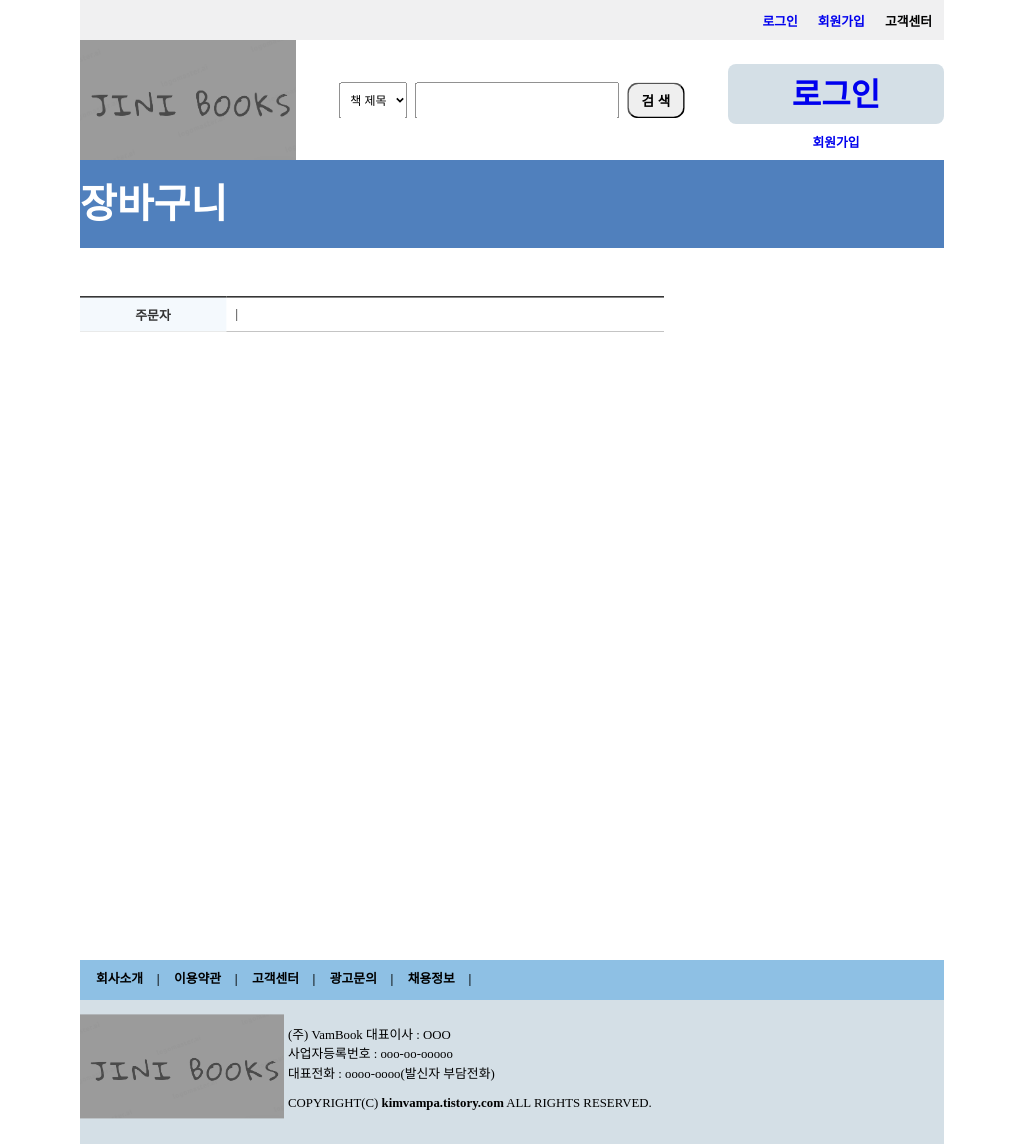
Repository: leechanjin7/ShoppingMall
Page: http://localhost/ShoppingMall/WEB-INF/views/order.jsp
The author's editor kept a copy of each file at every save. The page is drawn from the files as they stood at one save, then again after the next save.
The browser window is 1280 px wide. The pictures show the whole page, at 80% of full size.
The page is served by Tomcat 9. Nobody is signed in. The template is opened directly, without the code that normally fills it, so the values that code supplies are empty.

Above is the page before, as saved 2023-09-12 08:53:33.

After the next save:
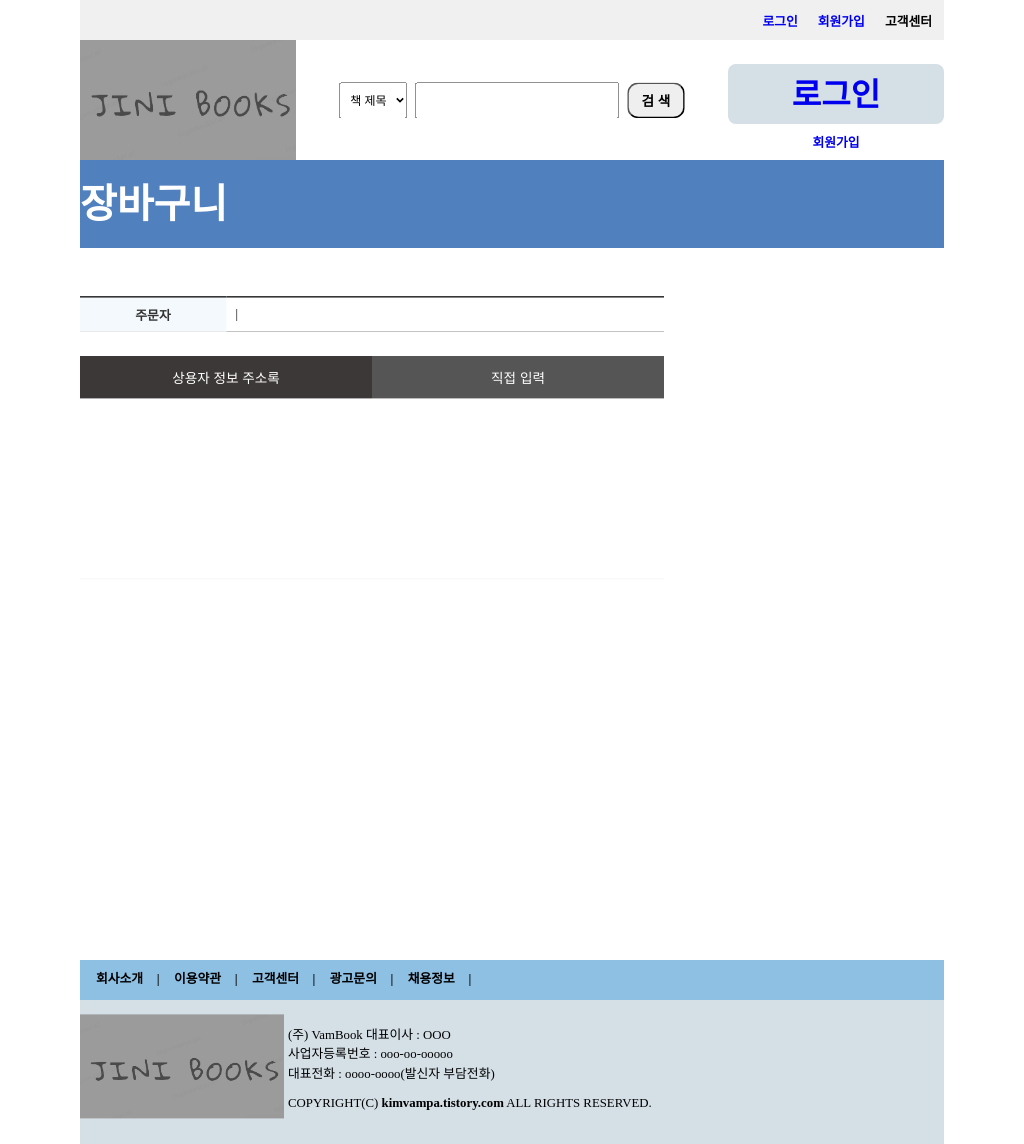
Saved 84 s later.
--- a/workspace/ShoppingMall/src/main/webapp/WEB-INF/views/order.jsp
+++ b/workspace/ShoppingMall/src/main/webapp/WEB-INF/views/order.jsp
@@ -96,6 +96,20 @@
 						</table>
 					</div>
 					<!-- 배송지 정보 -->
+					<div class="addressInfo_div">
+						<div class="addressInfo_button_div">
+							<button class="address_btn address_btn_1" style="background-color: #3c3838;">상용자 정보 주소록</button>
+							<button class="address_btn address_btn_2">직접 입력</button>
+						</div>
+						<div class="addressInfo_input_div_wrap">
+							<div class="addressInfo_input_div addressInfo_input_div_1" style="display: block">
+
+							</div>
+							<div class="addressInfo_input_div addressInfo_input_div_2">
+
+							</div>
+						</div>
+					</div>
 					<!-- 상품 정보 -->
 					<!-- 포인트 정보 -->
 					<!-- 주문 종합 정보 -->
